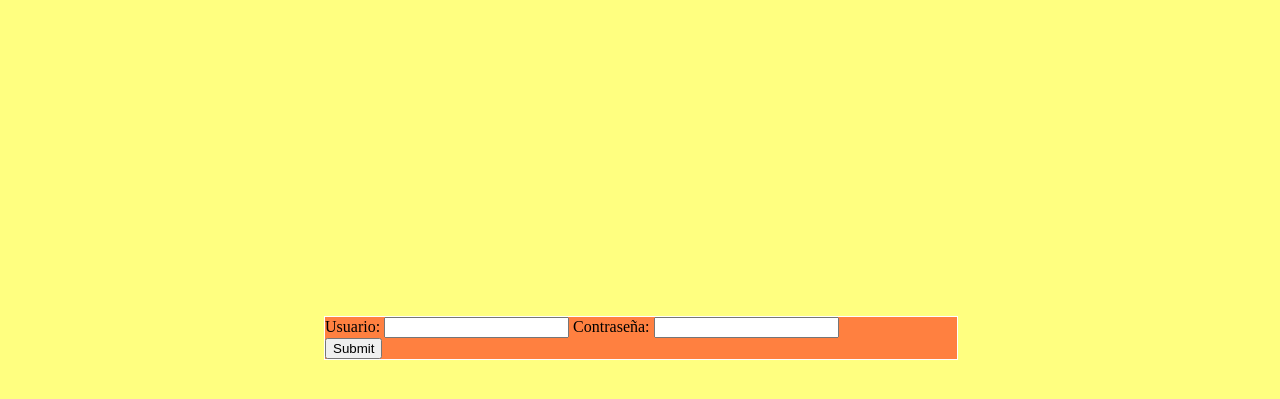
Repository: salvadorsobrino/Ejercicio5ServletJSP
Page: http://localhost/Ejercicio5/
These files come from the project's save history. The page is drawn as it stood at one moment and after the next save; the edit follows.
The browser window is 1280 px wide. The pictures show the whole page.
The page is served by Tomcat 9. Other server files are loaded and not shown.

Above is the page before, as saved 2022-03-11 09:30:30.

### Ejercicio5/src/main/webapp/index.html
<!DOCTYPE html>
<html>
<head>
<meta charset="UTF-8">
<link rel='stylesheet' type='text/css' media='screen' href='index.css'>
<title>Ejercicio5</title>
<link rel="icon" href="icono.png">
</head>
<body>
	<form id="formulario" action="Servlet" method="post">
	Usuario:
	<input type="text" name="usuario">
	Contraseña:
	<input type="password" name="contrasena">
	<br>
	<input type="submit">

	</form>
</body>
</html>

### Ejercicio5/src/main/webapp/index.css
/* Hoja de estilo index */
h1{
	 color: orange;
}
body{
	background-color: rgb(255, 255, 128);
    background-size: cover;
}
#formulario{
	background-color: rgb(255, 128, 64);
	border-style: solid;
	border-width: thin;
	border-color: white;
	width: 50%;
	margin: 25%;

}
a:link {
    /* Enlaces no visitados */
    color: rgb(255, 128, 64);
}

a:visited {
    /* Enlaces visitados */
    color: rgb(255, 128, 0);
}

a:hover, a:focus {
    color: rgb(153, 72, 6);
    /* El usuario esta sobre el enlace */
}

a:active {
    color: rgb(255, 94, 0);
    /* El usuario hace click en el enlace */
}

After the next save:
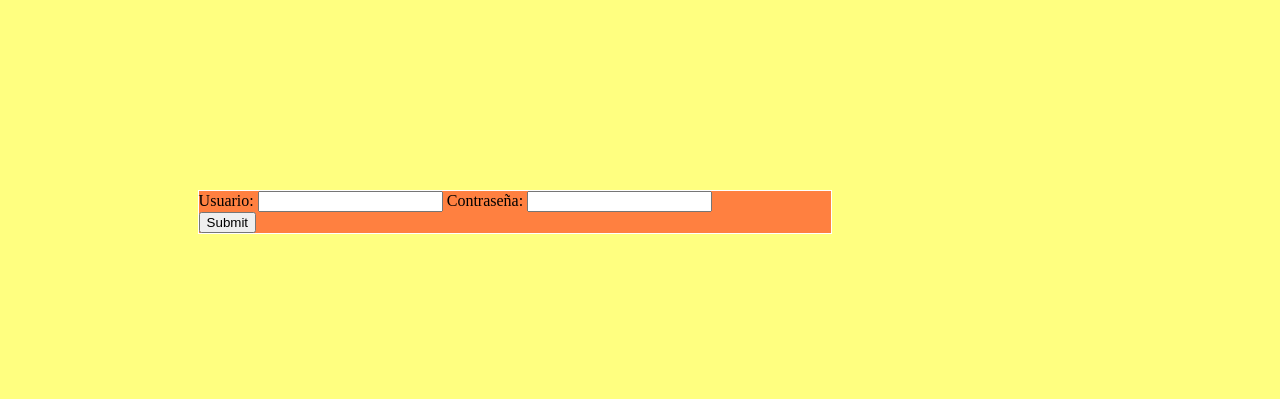
Saved 9 s later.
--- a/Ejercicio5/src/main/webapp/index.css
+++ b/Ejercicio5/src/main/webapp/index.css
@@ -12,7 +12,7 @@ body{
 	border-width: thin;
 	border-color: white;
 	width: 50%;
-	margin: 25%;
+	margin: 15%;
 
 }
 a:link {
